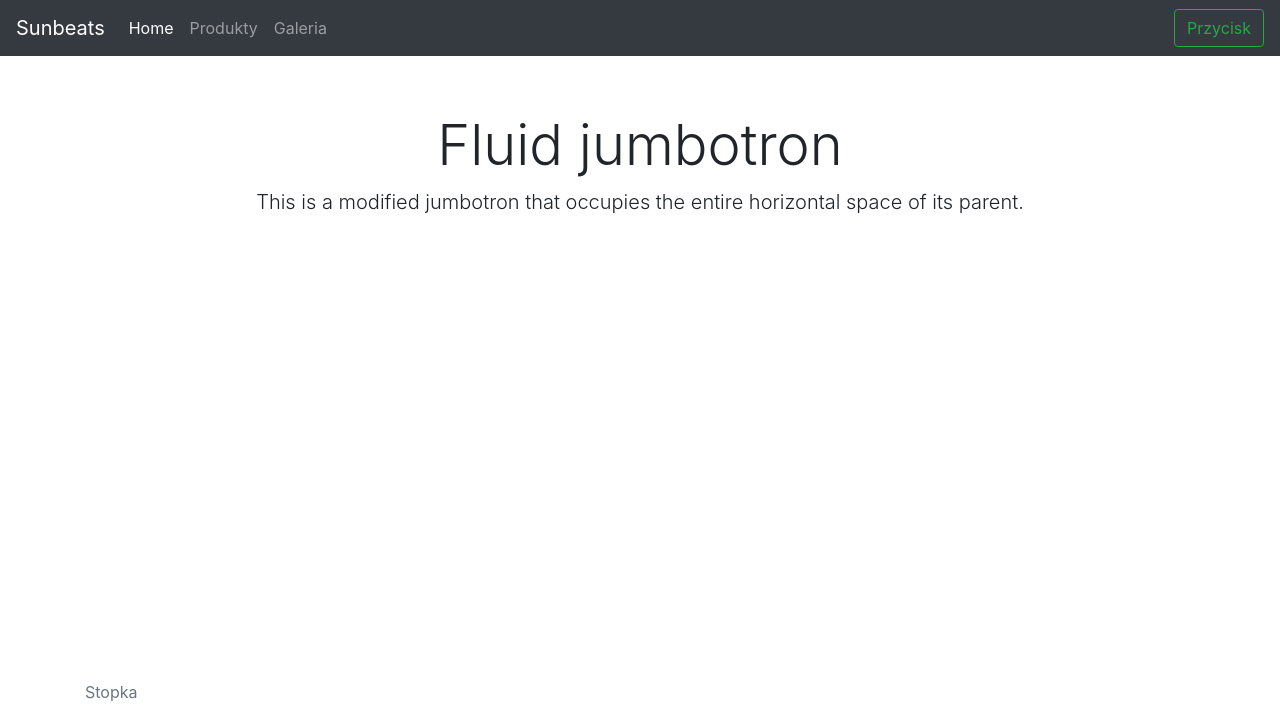
Repository: Audio-site/sunbeats
Page: index.html
These files come from the project's save history. The page is drawn as it stood at one moment and after the next save; the edit follows.
The browser window is 1280 px wide. The pictures show the whole page.

Above is the page before, as saved 2020-08-25 00:28:45.

### index.html
<!doctype html>
<html lang="en" class="h-100">
  <head>
    <meta charset="utf-8">
    <meta name="viewport" content="width=device-width, initial-scale=1, shrink-to-fit=no">
    <meta name="description" content="">
    <meta name="author" content="Mark Otto, Jacob Thornton, and Bootstrap contributors">
    <meta name="generator" content="Jekyll v4.1.1">
    <title>Sunbeats</title>

    <link rel="canonical" href="https://getbootstrap.com/docs/4.5/examples/sticky-footer-navbar/">

    <!-- Bootstrap core CSS -->
<link href="../assets/dist/css/bootstrap.min.css" rel="stylesheet">

  </head>
  <body class="d-flex flex-column h-100">
    <header>
  <!-- Fixed navbar -->
  <nav class="navbar navbar-expand-md navbar-dark fixed-top bg-dark">
    <a class="navbar-brand" href="#">Sunbeats</a>
    <button class="navbar-toggler" type="button" data-toggle="collapse" data-target="#navbarCollapse" aria-controls="navbarCollapse" aria-expanded="false" aria-label="Toggle navigation">
      <span class="navbar-toggler-icon"></span>
    </button>
    <div class="collapse navbar-collapse" id="navbarCollapse">
      <ul class="navbar-nav mr-auto">
        <li class="nav-item active">
          <a class="nav-link" href="../index.html">Home <span class="sr-only">(current)</span></a>
        </li>
        <li class="nav-item">
          <a class="nav-link" href="../products.html">Produkty</a>
        </li>
        <li class="nav-item">
          <a class="nav-link" href="#">Galeria</a>
        </li>
      </ul>
        <button class="btn btn-outline-success my-2 my-sm-0" type="submit">Przycisk</button>
    </div>
  </nav>
</header>

<!-- Begin page content -->
<main role="main">
<div class="jumbotron jumbotron-fluid text-center my-5 bg-white">
  <div class="container">
    <h1 class="display-4">Fluid jumbotron</h1>
    <p class="lead">This is a modified jumbotron that occupies the entire horizontal space of its parent.</p>
  </div>
</div>
</main>


<footer class="footer mt-auto py-3">
  <div class="container">
    <span class="text-muted">Stopka</span>
  </div>
</footer>
<script src="https://code.jquery.com/jquery-3.5.1.slim.min.js" integrity="sha384-DfXdz2htPH0lsSSs5nCTpuj/zy4C+OGpamoFVy38MVBnE+IbbVYUew+OrCXaRkfj" crossorigin="anonymous"></script>
      <script>window.jQuery || document.write('<script src="../assets/js/vendor/jquery.slim.min.js"><\/script>')</script><script src="../assets/dist/js/bootstrap.bundle.min.js"></script>
</html>

Loaded but not shown: assets/dist/css/bootstrap.min.css (library); assets/dist/js/bootstrap.bundle.min.js (library)

After the next save:
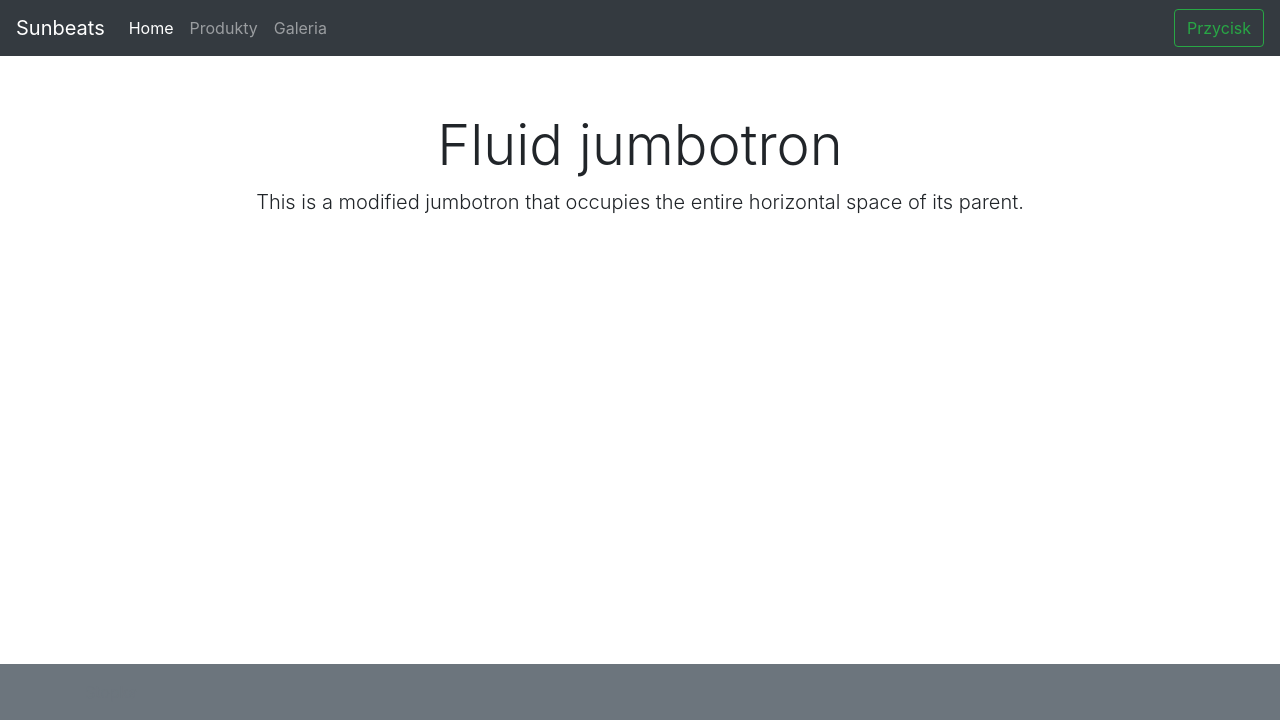
Saved 9 s later.
--- a/index.html
+++ b/index.html
@@ -50,7 +50,7 @@
 </main>
 
 
-<footer class="footer mt-auto py-3">
+<footer class="footer mt-auto py-3 bg-secondary">
   <div class="container">
     <span class="text-muted">Stopka</span>
   </div>

After the save that followed:
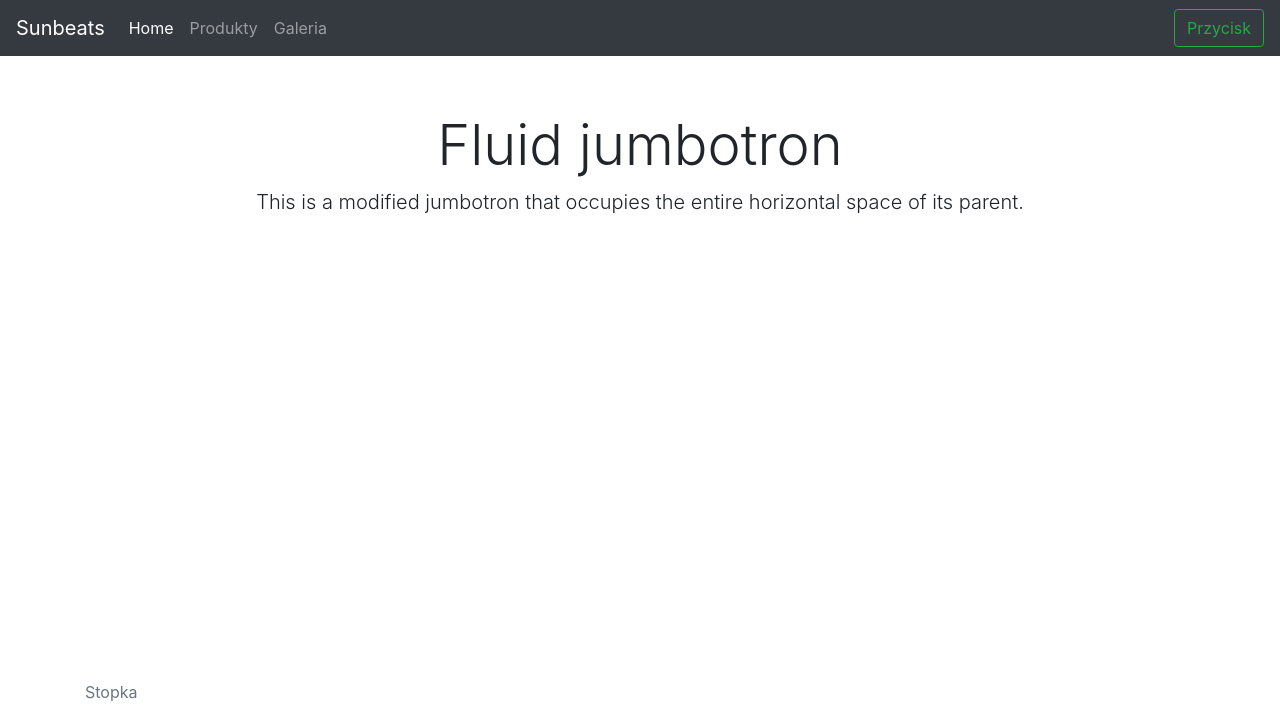
Saved 7 s later.
--- a/index.html
+++ b/index.html
@@ -50,7 +50,7 @@
 </main>
 
 
-<footer class="footer mt-auto py-3 bg-secondary">
+<footer class="footer mt-auto py-3 ">
   <div class="container">
     <span class="text-muted">Stopka</span>
   </div>
